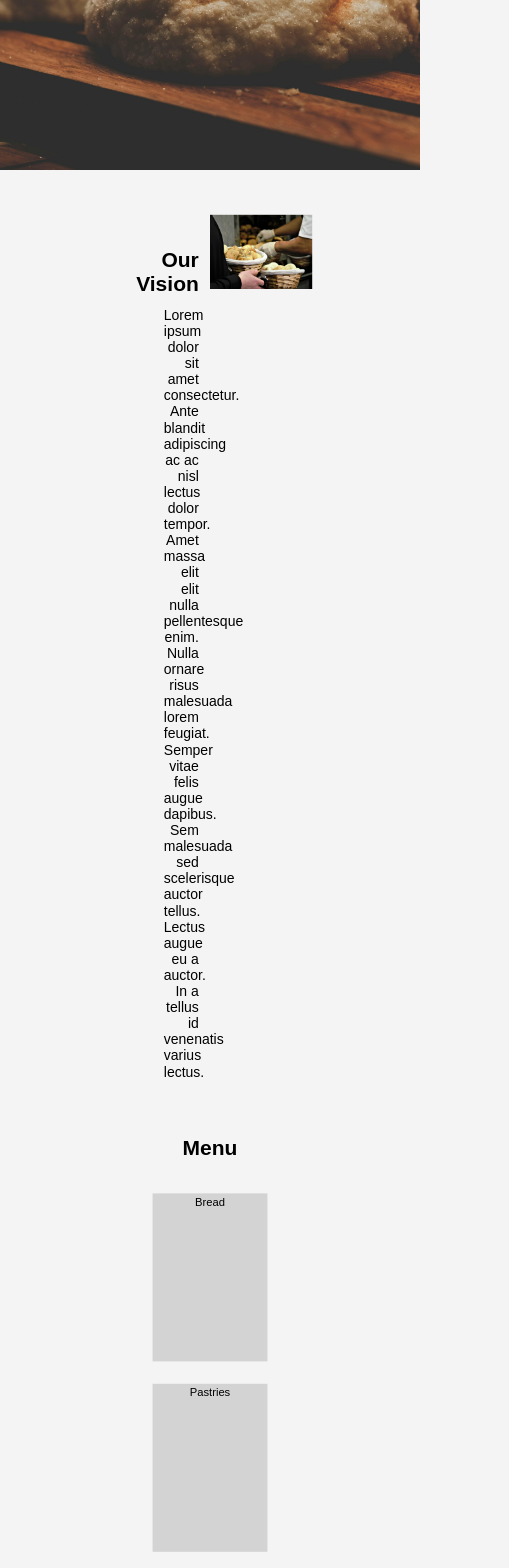
Repository: MelissaJacobi/COMP3170-final-proj
Page: /
An editor plug-in stored every save of this project. The page is shown before and after the next save, followed by the edit.
The browser window is 600 px wide. The page is 727 px wide, so the pictures cover 727 px, including what lies to the right of the window. The pictures show the part of the page from y = 397 to 2637 px (the page is 4095 px tall before and 2715 px after), at 70% of full size.
The project was rebuilt for these pictures with package versions that can differ from the ones it lists, and the page was loaded fresh each time. Also part of the build but not shown: vite.config.js, src/pages/Menu.module.css, src/pages/Menu.jsx, src/components/Product.module.css, src/components/product.jsx, src/pages/Bread.module.css, src/pages/Bread.jsx, src/pages/Pastries.jsx and 3 more.

Above is the page before, as saved 2024-10-07 21:01:10.

### src/main.jsx
import { StrictMode } from 'react'
import { createRoot } from 'react-dom/client'
import App from './App.jsx'
import './index.css'

const rootElement = document.getElementById('root');
if (rootElement) {
  createRoot(rootElement).render(
    <StrictMode>
      <App />
    </StrictMode>
  );
}

### src/App.jsx
// src/App.jsx

import { BrowserRouter as Router, Routes, Route } from 'react-router-dom';
import styles from './App.module.css';
import Header from './components/Header';
import Footer from './components/Footer';
import Home from './pages/Home';
import Menu from './pages/menu';
import Bread from './pages/Bread';
import Pastries from './pages/Pastries';
import Cakes from './pages/Cakes';
import Drinks from './pages/Drinks';
import Seasonal from './pages/Seasonal';

function App() {
  return (
    <Router>
      <div className={styles.appContainer}>
        <Header />
        <Routes>
          <Route path="/" element={<Home />} />
          <Route path="/menu" element={<Menu />} />
          <Route path="/menu/bread" element={<Bread />} />
          <Route path="/menu/pastries" element={<Pastries />} />
          <Route path="/menu/cakes" element={<Cakes />} />
          <Route path="/menu/drinks" element={<Drinks />} />
          <Route path="/menu/seasonal" element={<Seasonal />} />
        </Routes>
        <Footer />
      </div>
    </Router>
  );
}

export default App;

### src/index.css
* {
  margin: 0;
  padding: 0;
  box-sizing: border-box;
}

body {
  font-family: Arial, sans-serif;
  line-height: 1.6;
  background-color: #f4f4f4;
}

:root {
  --primary-color: lightgrey;
  --secondary-color: lightblue;
  --accent-color: #6A2E35;
  --background-color: white;
  --text-color: #2E2836;
}

### src/App.module.css
.appContainer {
    width: 70%;
    height: 100%;
    margin: auto;
}

### src/components/Header.tsx
// Header.tsx
import { Link } from 'react-router-dom';
import styles from './Header.module.css';
import logo from "../assets/images/logo.png";
import { PiShoppingCart } from "react-icons/pi";
import { VscAccount } from "react-icons/vsc";

export default function Header() {
  return (
    <div className={styles.container}>
      <div>
        <img src={logo} alt="Logo" className={styles.logo} />
        <p className={styles.siteTitle}>Exutoire</p>
      </div>
      <Link to="/" className={styles.links}>Home</Link>
      <Link to="/Menu" className={styles.links}>Menu</Link>
      <Link to="/order" className={styles.links}>Order</Link>
      <div>
        <PiShoppingCart className={styles.icon} />
        <VscAccount className={styles.icon} />
      </div>
    </div>
  );
}

### src/components/Footer.tsx
import logo from "../assets/images/logo.png"
import styles from "./Footer.module.css"
import { FaFacebookSquare } from "react-icons/fa";
import { FaSquareXTwitter } from "react-icons/fa6";
import { FaInstagramSquare } from "react-icons/fa";
import { SlPhone } from "react-icons/sl";
import { MdOutlineMailOutline } from "react-icons/md";
import { MdOutlineLocationOn } from "react-icons/md";

export default function Footer() {

  return (
    <>
      <div className={styles.container}>
        <div>
            <p className={styles.siteTitle}>Exutoire</p>
            <img src={logo} alt="Logo" className={styles.logo}/>
        </div>
        <ul>
          <p>Products</p>
          <li>Store Menu</li>
          <li>Order Menu</li>
          <li>Shop</li>
        </ul>
        <ul>
          <p>Follow us</p>
          <li><FaFacebookSquare className={styles.socialIcon}/>Facebook</li>
          <li><FaSquareXTwitter className={styles.socialIcon}/>Twitter</li>
          <li><FaInstagramSquare className={styles.socialIcon}/>Instagram</li>
        </ul>
        <ul>
          <p>Contact us</p>
          <li><SlPhone  className={styles.socialIcon}/>604-123-1234</li>
          <li><MdOutlineMailOutline className={styles.socialIcon}/>exutoirebakery@gmail.com</li>
          <li><MdOutlineLocationOn className={styles.socialIcon}/>#13-1329 Bakery Rd, V5R 1N3</li>
        </ul>
      </div>
      <p className={styles.copywrite}>© 2023 Exutoire Bakery.  All Rights Reserved.</p>
    </>
  )
}

### src/pages/Home.jsx
import styles from './Home.module.css';
import Carousel from '../components/Carousel';
import Vision from '../components/Vision';
import MenuGallery from '../components/MenuGallery';

function Home() {
  return (
    <>
      <Carousel />
      <div className={styles.filler}></div>
      <Vision />
      <MenuGallery />
    </>
  );
}

export default Home;

### src/components/Header.module.css
.container {
    background-color: var(--primary-color);
    width: 100%;
    height: 5rem;
    display: flex;
    align-items: center;
    justify-content: space-between;
    padding: 2rem;
    position: sticky;
    top: 0;
    z-index: 1000;
    box-shadow: 0 2px 4px rgba(0, 0, 0, 0.1);
}

.logo {
    height: 4rem;
    width: 4rem;
}

.siteTitle {
    font-size: 12px;
    font-style: normal;
    font-weight: 700;
    line-height: normal;
    margin-left: 1rem;
    color: var(--accent-color)
}

.container div {
    display: flex;
    align-items: center;
}

.links {
    font-size: 16px;
    font-style: normal;
    font-weight: 400;
    line-height: normal;
    color: var(--accent-color)
}

.icon {
    height: 1.5rem;
    width: 1.5rem;
    margin: 1rem;
    color: var(--accent-color)
}

### src/components/Footer.module.css
.container {
    background-color: var(--primary-color);
    height: 100%;
    width: 100%;
    display: flex;
    flex-wrap: wrap;
    align-items: center;
    justify-content: space-between;
    padding: 2rem 4rem;
}

.container div{
    text-align: center;
}

.logo {
    width: 6rem;
    height: 6rem;
}

.siteTitle {
    font-size: 24px;
    font-style: normal;
    font-weight: 700;
    line-height: normal;
    color: var(--accent-color)
}

.container ul p {
    color: var(--accent-color);
    font-size: 20px;
    font-style: normal;
    font-weight: 700;
    line-height: normal;
}

.container ul li {
    font-size: 16px;
    font-style: normal;
    font-weight: 400;
    line-height: normal;
    margin: 0.5rem 0rem;
    padding: 0;
    list-style-type: none;
    color: var(--text-color)
}

.socialIcon {
    transform: translateY(0.1rem);
    color: var(--accent-color);
    margin-right: 0.5rem;
}

.copywrite {
    width: 100%;
    text-align: right;
    padding: 1rem;
    font-size: 16px;
    font-style: normal;
    font-weight: 400;
    line-height: normal;
    color: var(--accent-color);
    background-color: var(--primary-color);
}

### src/pages/Home.module.css
.filler {
    height: 35rem;
  }

### src/components/Carousel.tsx
import styles from "./Carousel.module.css"
import banner from "../assets/images/banner.jpg"

function Carousel() {

  return (
    <>
        <h1 className={styles.header}>Exutoire</h1>
        <p className={styles.subtitle}>Bakery</p>
        <img src={banner} alt="banner image" className={styles.banner}></img>
    </>
  )
}

export default Carousel

### src/components/Vision.tsx
import styles from  './Vision.module.css'
import VisionImg from "../assets/images/VisionImg.jpg"

function Vision() {

  return (
    <>
        <div className={styles.vision}>
            <div className={styles.visionText}>
                <h2>Our Vision</h2>
                <p>Lorem ipsum dolor sit amet consectetur. Ante blandit adipiscing ac ac nisl lectus dolor tempor. Amet massa elit elit nulla pellentesque enim. Nulla ornare risus malesuada lorem feugiat. Semper vitae felis augue dapibus. Sem malesuada sed scelerisque auctor tellus. Lectus augue eu a auctor. In a tellus id venenatis varius lectus.</p>
            </div>
            <div className={styles.visionPic}>
                <img src={VisionImg} alt="Vision" className={styles.visionImg}/>
            </div>
        </div>
    </>
  )
}

export default Vision

### src/components/MenuGallery.tsx
import styles from  './MenuGallery.module.css'


export default function MenuGallery() {

  return (
    <>
    <div  className={styles.container}>
        <h2>Menu</h2>
        <div className={styles.gallery}>
            <div className={styles.galleryItem}>
                <p>Bread</p>
            </div>
            <div className={styles.galleryItem}>
                <p>Pastries</p>
            </div>
            <div className={styles.galleryItem}>
                <p>Cakes</p>
            </div>
            <div className={styles.galleryItem}>
                <p>Cakes</p>
            </div>
            <div className={styles.galleryItem}>
                <p>Cakes</p>
            </div>
            <div className={styles.galleryItem}>
                <p>Cakes</p>
            </div>
        </div>
    </div>

    </>
  )
}

### src/components/Carousel.module.css
.banner {
    width: 100%;
    height: 40rem;
    background-color: var(--secondary-color);
    position: absolute;
    object-fit: cover;
    top: 0;
    left: 0;
}

.header {
    position: absolute;
    top: 50%;
    left: 50%;
    transform: translate(12rem, -8rem);
    z-index: 998;
    font-size: 64px;
    font-style: normal;
    font-weight: 400;
    line-height: normal;
}

.subtitle {
    color: var(--Black, #000);
    font-family: "Inria Sans";
    font-size: 40px;
    font-style: normal;
    font-weight: 400;
    line-height: normal;
    top: 50%;
    left: 50%;
    transform: translate(19rem, -4.5rem);
    z-index: 999;
    position: absolute;
}

### src/components/Vision.module.css
.vision {
    width: 100%;
    display: flex;
    padding: 4rem;
}

.visionText {
    width: 50%;
    height: 100%;
    padding: 1rem;
}

.visionText h2 {
    font-size: 30px;
    font-style: normal;
    font-weight: 700;
    line-height: normal;
    text-align: right;
    margin: 2rem 0 1rem 0;
}

.vision p {
    text-align: right;
    padding-left: 4rem;
    font-size: 20px;
    font-style: normal;
    font-weight: 300;
    line-height: normal;
}

.visionPic {
    width: 50%;
    height: 100%;
}

.visionImg {
    width: 100%;
}

### src/components/MenuGallery.module.css
.container {
    display: flex;
    flex-direction: column;
    align-items: center;
    justify-content: center;
    height: 100%;
}

h2 {
    font-size: 30px;
    font-style: normal;
    font-weight: 700;
    line-height: normal;
    text-align: center;
    margin: 0;
}

.gallery {
    width: 100%;
    margin-top: 1rem;
    display: flex;
    justify-content: space-around;
    flex-wrap: wrap;
    height: 100%;
    padding: 1rem 7rem;
}

.galleryItem {
    height: 15rem;
    width: 15rem;
    background-color: var(--primary-color);
    display: flex;
    justify-content: center;
    margin: 1rem;
}

Loaded but not shown: index.html (common file)

After the next save:
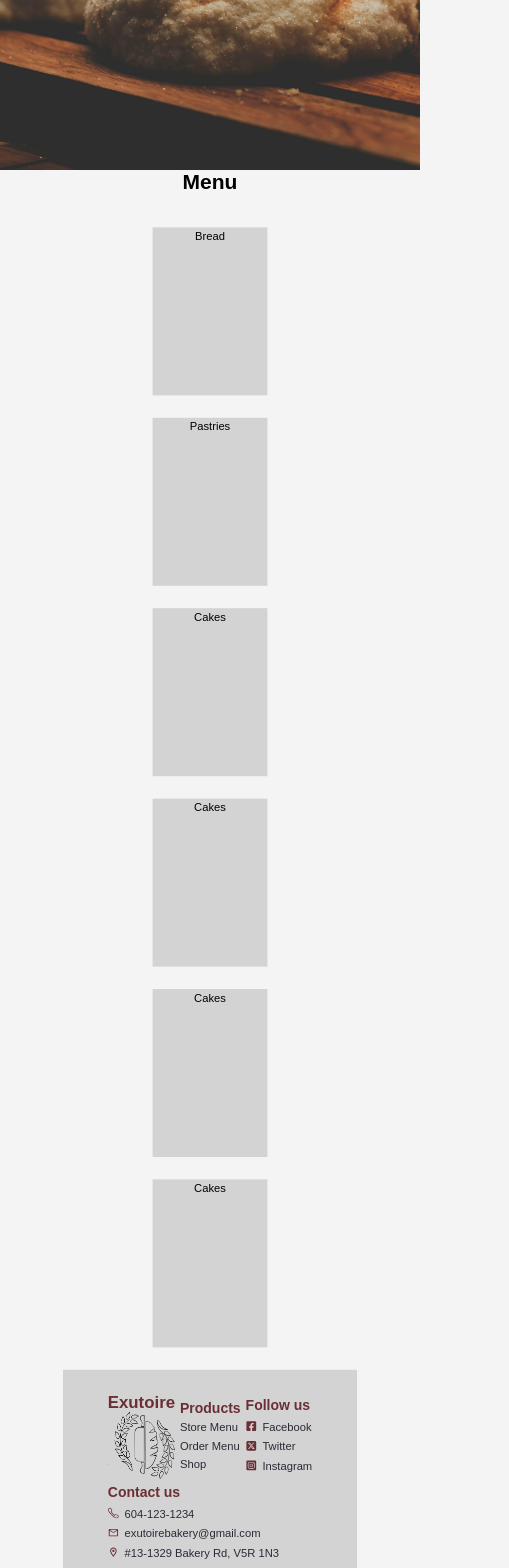
Saved 14 s later.
--- a/src/components/Vision.module.css
+++ b/src/components/Vision.module.css
@@ -36,3 +36,9 @@
 .visionImg {
     width: 100%;
 }
+
+@media (max-width: 767px) {
+    .vision {
+      display: none;
+    }
+  }
